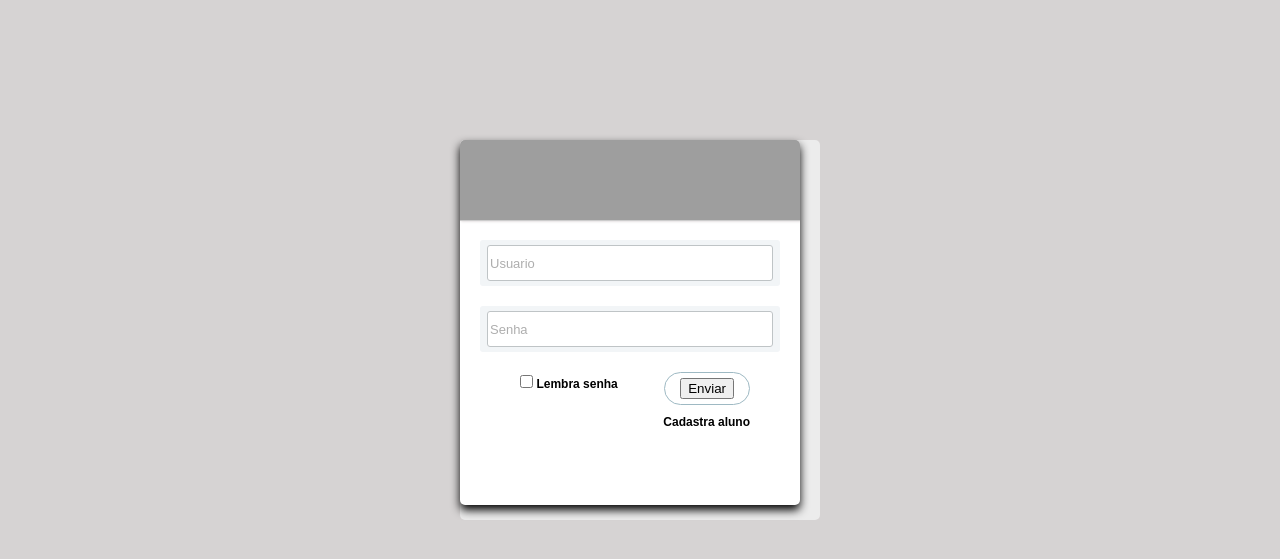
Repository: luisjonson/ProjetoWebAcademia
Page: http://localhost/RepositorioWebProject/Login.jsp
An editor plug-in stored every save of this project. The page is shown before and after the next save, followed by the edit.
The browser window is 1280 px wide. The pictures show the whole page.
Pictures or frames that could not be fetched are drawn as grey boxes. The page is served by Tomcat 9.

Above is the page before, as saved 2017-04-10 01:53:28.

After the next save:
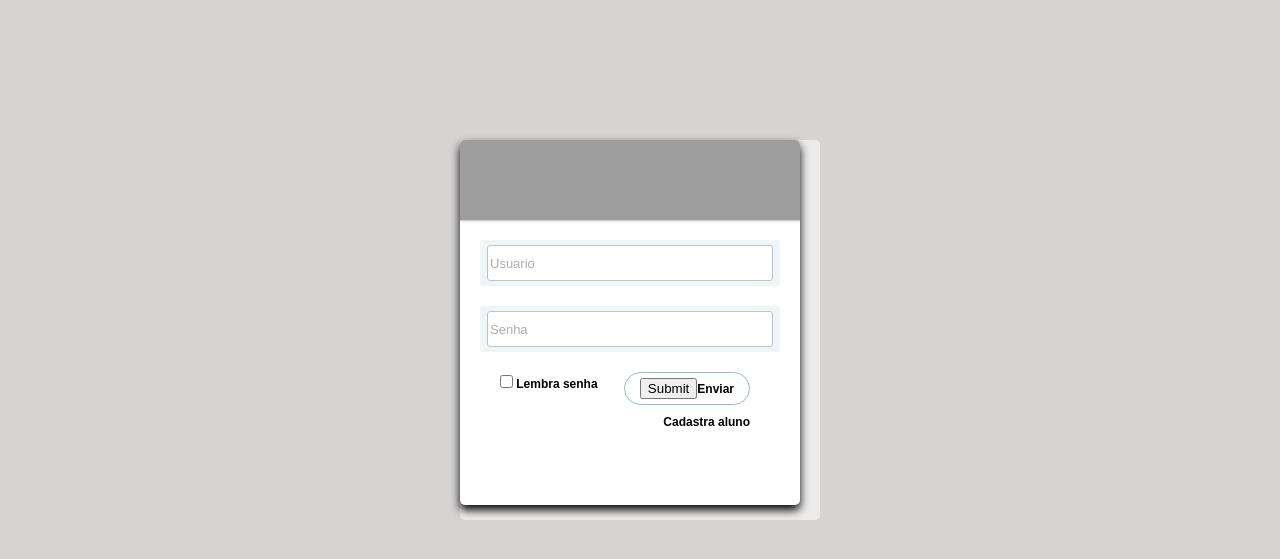
Saved 40 s later.
--- a/Projeto_Web/RepositorioWebProject/WebContent/Login.jsp
+++ b/Projeto_Web/RepositorioWebProject/WebContent/Login.jsp
@@ -121,7 +121,7 @@ body {
 				</div>
 
                 <div id="botoes">
-                  <div id="botao"><input type="submit" name="enviar" value="Enviar" ></div>
+                  <div id="botao"><input type="submit" name="enviar" >Enviar</div>
                   <div id="lembra-senha"><input type="checkbox"/>Lembra senha</div><br><br>
                   <div id="CadastraAluno">Cadastra aluno</div>
                   </div>
